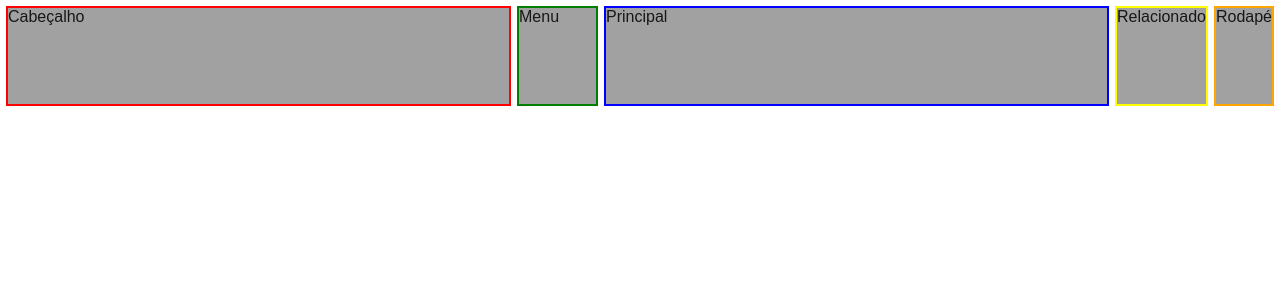
Repository: AleOi3/htmlTemplate
Page: /temp_one
The author's editor kept a copy of each file at every save. The page is drawn from the files as they stood at one save, then again after the next save.
The browser window is 1280 px wide. The pictures show the whole page.
The project was rebuilt for these pictures with package versions that can differ from the ones it lists, and the page was loaded fresh each time. The framework's server and built-in components were replaced by stand-ins that run in the browser. Also part of the build but not shown: next.config.ts.

Above is the page before, as saved 2024-12-09 00:34:35.

After the next save:
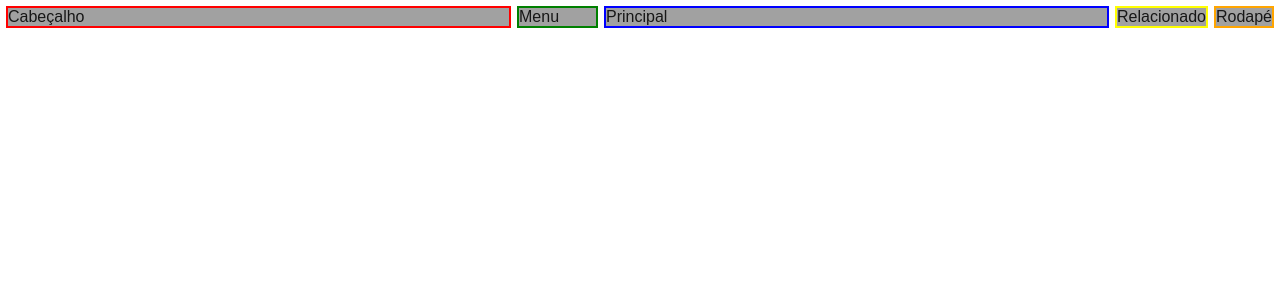
Saved 13 s later.
--- a/src/app/temp_one/page.tsx
+++ b/src/app/temp_one/page.tsx
@@ -2,7 +2,6 @@ const TemplateOnePage = () => {
     return <div style={{display:"flex"}}>
         <header style={{
             border: '2px solid red',
-            height: 100,
             margin: 3,
             display: 'flex',
             flex: '1 1 100vw',
